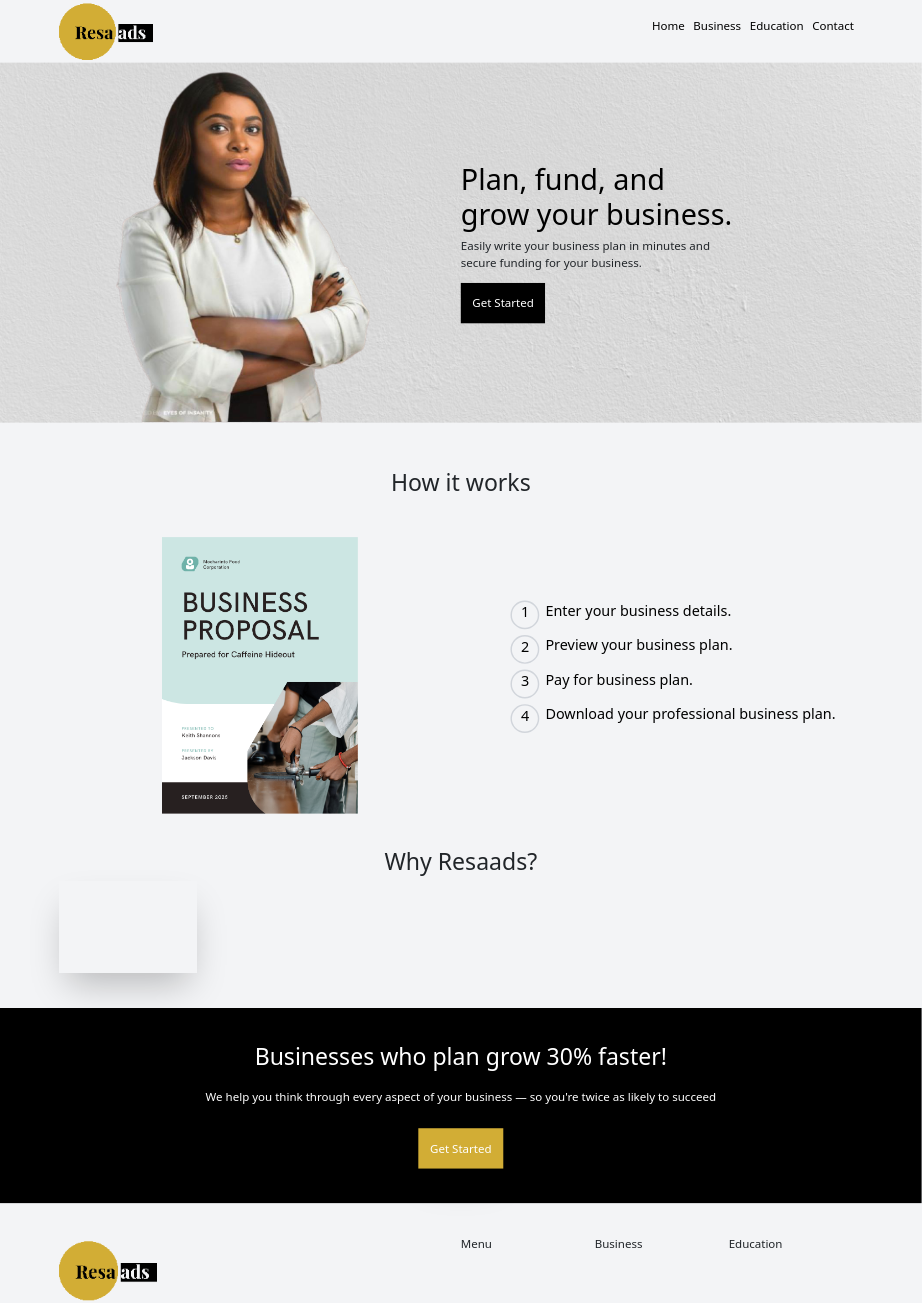
Repository: latenightsnacc/resaads-consults
Page: index.html
These files come from the project's save history. The page is drawn as it stood at one moment and after the next save; the edit follows.
The browser window is 1280 px wide. The pictures show the whole page, at 72% of full size.
Some web libraries are served in a nearby version.

Above is the page before, as saved 2021-08-05 12:17:41.

After the next save:
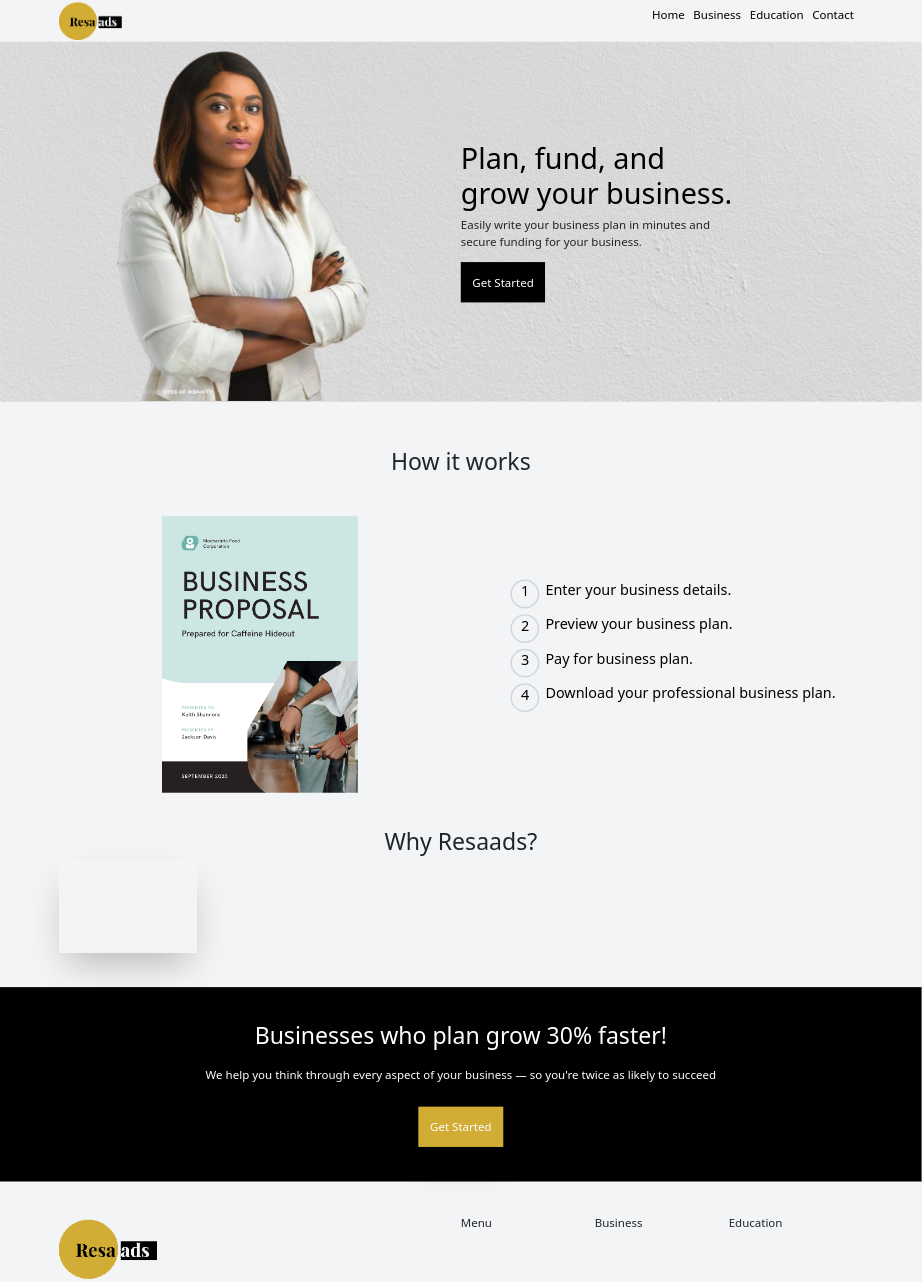
Saved 85 s later.
--- a/index.html
+++ b/index.html
@@ -36,7 +36,7 @@
 <body class="bg-gray-100">
     <header class="container">
         <nav class="flex flex-row w-full justify-between items-center">
-            <a href="index.html" class="w-36">
+            <a href="index.html" class="w-24">
                 <img src="assets/logos/Logo-150px-removebg-preview.png" alt="" class="w-full">
             </a>
             <ul class="flex flex-row">
